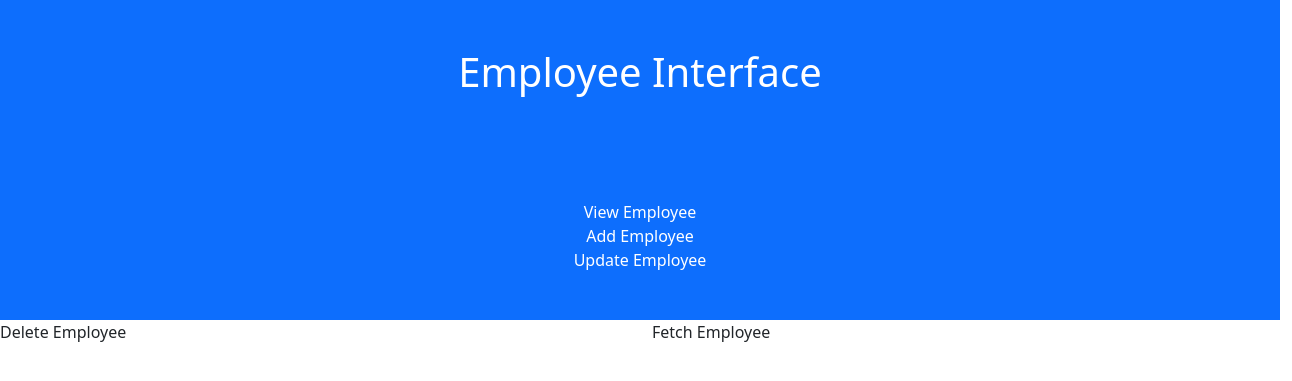
Repository: Rishicollinz/Java_Fullstack
Page: Eclipse 2/jspproject/src/main/webapp/index.html
An editor plug-in stored every save of this project. The page is shown before and after the next save, followed by the edit.
The browser window is 1280 px wide. The page is 1292 px wide, so the pictures cover 1292 px, including what lies to the right of the window. The pictures show the whole page.

Above is the page before, as saved 2023-05-18 15:22:43.

### Eclipse 2/jspproject/src/main/webapp/index.html
<!DOCTYPE html>
<html>
<head>
<meta charset="UTF-8">
<title>Employee Interface</title>
<meta charset="utf-8">
  <meta name="viewport" content="width=device-width, initial-scale=1">
  <link href="https://cdn.jsdelivr.net/npm/bootstrap@5.2.3/dist/css/bootstrap.min.css" rel="stylesheet">
  <script src="https://cdn.jsdelivr.net/npm/bootstrap@5.2.3/dist/js/bootstrap.bundle.min.js"></script>

</head>
<body>

<div class="container-fluid p-5 bg-primary text-white text-center">
  <h1>Employee Interface</h1>
</div>

<div class="container-fluid p-5 bg-primary text-white text-center">
  <div class="col">View Employee</div>
  <div class="col">Add Employee</div>
  <div class="col">Update Employee</div>
</div>

<div class="row">
  <div class="col">Delete Employee</div>
  <div class="col">Fetch Employee</div>
</div>

</body>
</html>

After the next save:
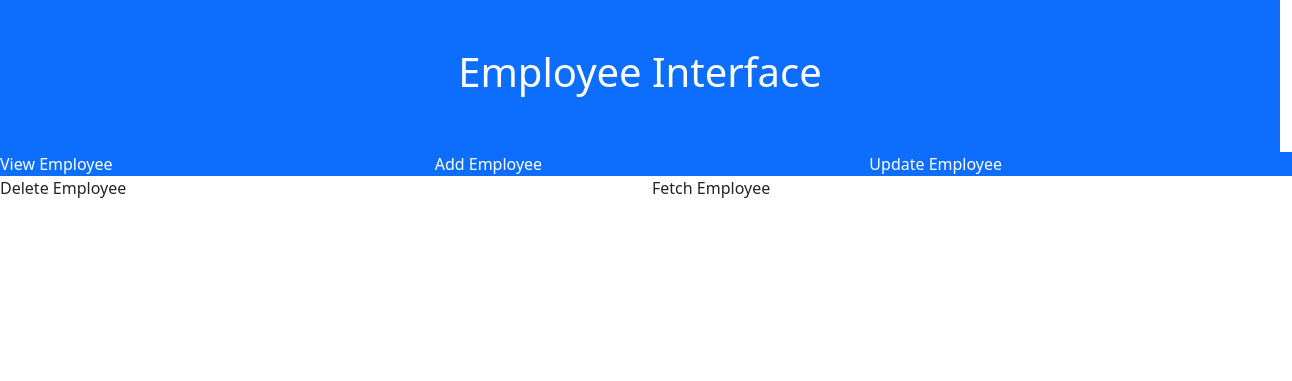
Saved 32 s later.
--- a/Eclipse 2/jspproject/src/main/webapp/index.html
+++ b/Eclipse 2/jspproject/src/main/webapp/index.html
@@ -15,7 +15,7 @@
   <h1>Employee Interface</h1>
 </div>
 
-<div class="container-fluid p-5 bg-primary text-white text-center">
+<div class="row bg-primary text-white">
   <div class="col">View Employee</div>
   <div class="col">Add Employee</div>
   <div class="col">Update Employee</div>
